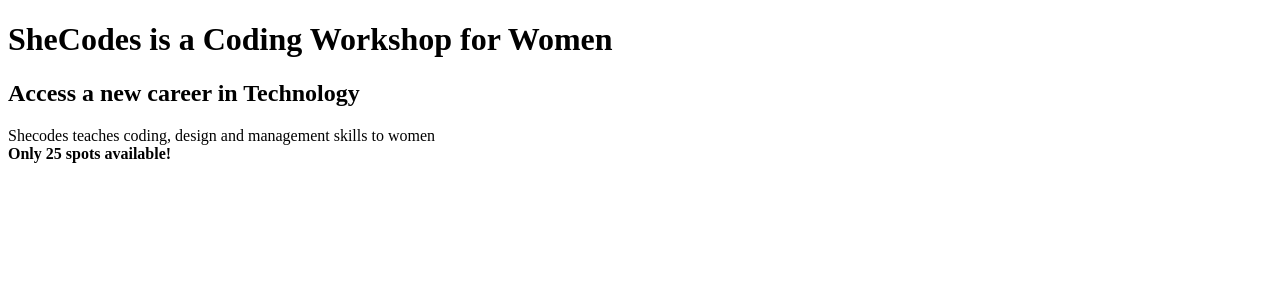
Repository: onalennaleso/empty
Page: index.html
An editor plug-in stored every save of this project. The page is shown before and after the next save, followed by the edit.
The browser window is 1280 px wide. The pictures show the whole page.

Above is the page before, as saved 2024-02-20 04:21:49.

### index.html
<!DOCTYPE html>
<html lang="en">

<head>
  <meta charset="UTF-8">
  <meta name="viewport" content="width=device-width, initial-scale=1.0">
  <title>SheCodes</title>
</head>

<body>
  <h1>
    <strong>
      SheCodes is a Coding Workshop for Women
    </strong>
  </h1>
  <h2>
    <strong>
      Access a new career in Technology
    </strong>
  </h2>
  <p>
    Shecodes teaches coding, design and management skills to women
    <br />
    <strong>
      Only 25 spots available!
    </strong>
  </p>
</body>

</html>

After the next save:
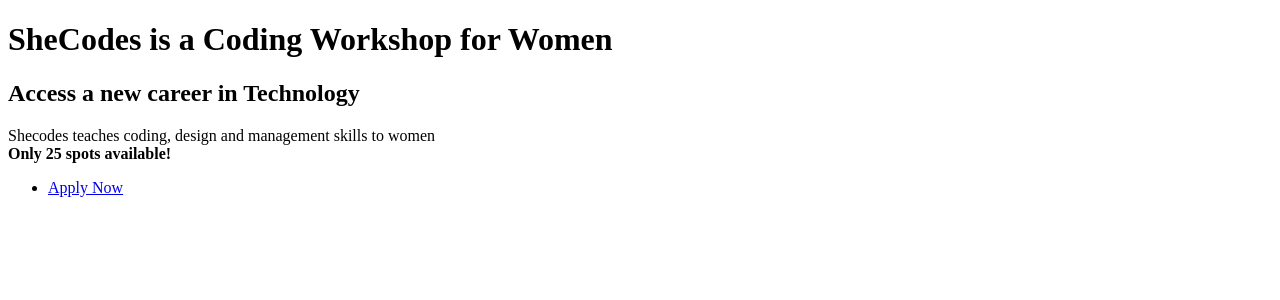
Saved 4 min 28 s later.
--- a/index.html
+++ b/index.html
@@ -25,6 +25,13 @@
       Only 25 spots available!
     </strong>
   </p>
+  <ul>
+    <li>
+      <a href="https://shecodes.io/workshop" target="_blank">
+        Apply Now
+      </a>
+    </li>
+  </ul>
 </body>
 
 </html>
